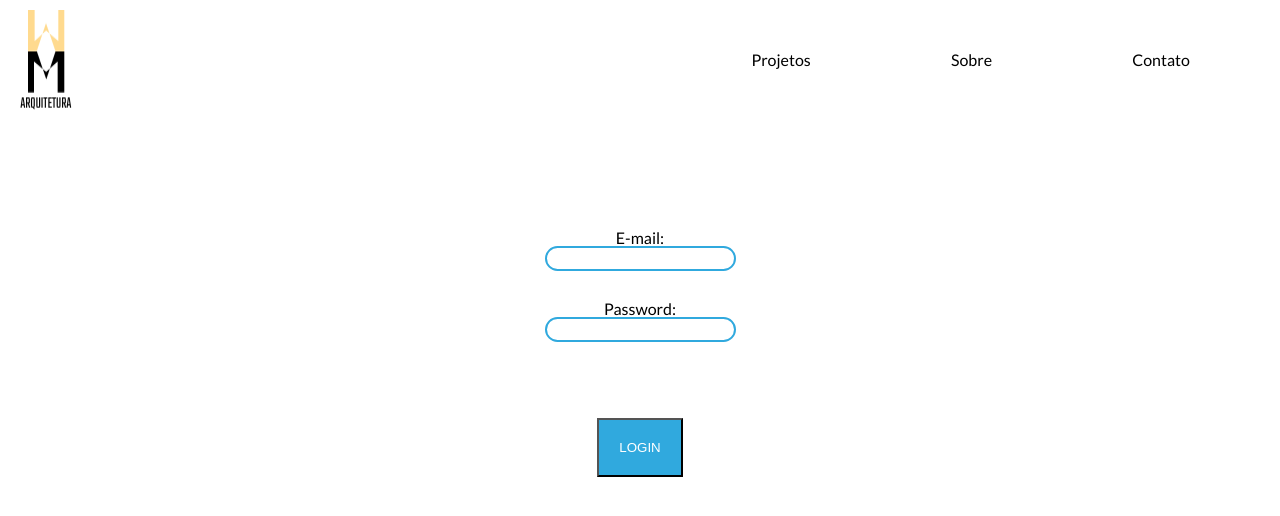
Repository: Luandro-com/wmedeiros
Page: /login
An editor plug-in stored every save of this project. The page is shown before and after the next save, followed by the edit.
The browser window is 1280 px wide. The pictures show the whole page.
The project was rebuilt for these pictures with package versions that can differ from the ones it lists, and the page was loaded fresh each time. Also part of the build but not shown: src/components/App.css, src/components/Projects.css, src/components/Projects.js, src/components/About.js, src/components/Contact.js.

Above is the page before, as saved 2018-02-07 16:35:14.

### public/index.html
<!DOCTYPE html>
<html lang="pt-br">
  <head>
    <meta charset="utf-8">
    <meta name="viewport" content="width=device-width, initial-scale=1, shrink-to-fit=no">
    <meta name="theme-color" content="#000000">
    <!--
      manifest.json provides metadata used when your web app is added to the
      homescreen on Android. See https://developers.google.com/web/fundamentals/engage-and-retain/web-app-manifest/
    -->
    <link rel="manifest" href="%PUBLIC_URL%/manifest.json">
    <link rel="shortcut icon" href="%PUBLIC_URL%/favicon.ico">
    <!--
      Notice the use of %PUBLIC_URL% in the tags above.
      It will be replaced with the URL of the `public` folder during the build.
      Only files inside the `public` folder can be referenced from the HTML.

      Unlike "/favicon.ico" or "favicon.ico", "%PUBLIC_URL%/favicon.ico" will
      work correctly both with client-side routing and a non-root public URL.
      Learn how to configure a non-root public URL by running `npm run build`.
    -->
    <title>Wesley Medeiros Arquitetura</title>
  </head>
  <body>
    <noscript>
      Você precisa estar rodando Javascript para acessar :(
    </noscript>
    <div id="root"></div>
    <!--
      This HTML file is a template.
      If you open it directly in the browser, you will see an empty page.

      You can add webfonts, meta tags, or analytics to this file.
      The build step will place the bundled scripts into the <body> tag.

      To begin the development, run `npm start` or `yarn start`.
      To create a production bundle, use `npm run build` or `yarn build`.
    -->
  </body>
</html>

### src/index.js
import React from 'react';
import ReactDOM from 'react-dom';
import firebase from 'firebase';
import './reset.css';
import './index.css';
import "typeface-lato";
import App from './components/App';
import registerServiceWorker from './registerServiceWorker';
const config = {
  apiKey: "AIzaSyAb3xJVNG-hd2F59HAXRRF4DvenRQsNYII",
  authDomain: "wmarquitetura-b9781.firebaseapp.com",
  databaseURL: "https://wmarquitetura-b9781.firebaseio.com",
  projectId: "wmarquitetura-b9781",
  storageBucket: "",
  messagingSenderId: "888983865049"
};
firebase.initializeApp(config);

ReactDOM.render(<App />, document.getElementById('root'));
registerServiceWorker();

### src/index.css
body {
  font-family: 'Lato', sans-serif
}
a {
  color: #000;
  text-decoration: none;
}

### src/components/App.js
import React from 'react'
import {
  BrowserRouter as Router,
  Route,
  Switch
} from 'react-router-dom'
import './App.css';
import Header from './Header'
import Projects from './Projects'
import About from './About'
import Contact from './Contact'
import Login from './Login'

const App = ({ location }) => (
  <Router>
    <div className="App-container">
      <Header />
      <Route
        render={({ location }) => (
            <Switch location={location}>
              <Route exact path="/" component={Projects}/>
              <Route path="/sobre" component={About}/>
              <Route path="/contato" component={Contact}/>
              <Route path="/login" component={Login}/>
            </Switch>
        )}
      />
    </div>
  </Router>
)
export default App

### src/components/Header.js
import React, { Component} from 'react';
import { NavLink } from 'react-router-dom';
import { withRouter } from 'react-router';
import './Header.css';
import Logo from '../logo.png';
import Menu from '../menu.svg';
import Close from '../close.svg';

const Links = ({ className, close }) => (
  <div className={className}>
    <NavLink activeClassName="Header-nav-active" onClick={close} exact to="/">Projetos</NavLink>
    <NavLink activeClassName="Header-nav-active" onClick={close} to="/sobre">Sobre</NavLink>
    <NavLink activeClassName="Header-nav-active" onClick={close} to="/contato">Contato</NavLink>
  </div>
)

 class Header extends Component {
  constructor (props) {
    super(props)
    this.state = {
      modalOpen: false
    }
  }

  componentWillReceiveProps(nextProps) {
    if (nextProps.history.action === "PUSH") {
      this.handleClose();
    }
  }

  handleOpen = () => {
    this.setState({
      modalOpen: true
    })
  }

  handleClose = () => {
    this.setState({
      modalOpen: false
    })
  }

  render () {
    return (
      <div className="Header-container">
        <div className="Header-modal" style={ this.state.modalOpen ? { display: 'flex' } : { display: 'none' }}>
          <div onClick={this.handleClose} className="Header-modal-button">
            <img src={Close} alt="close" />
          </div>
          <br />
          <Links className="Header-modal-body" />
        </div>
        <header className="Header" style={ !this.state.modalOpen ? { display: 'flex' } : { display: 'none' }}>
          <div className="Header-logo">
            <img src={ Logo } alt="Wesley Medeiros Arquitetura" />
          </div>
          <div onClick={this.handleOpen} className="Header-button">
            <img src={Menu} alt="menu" />
          </div>
          <Links className="Header-nav" close={this.handleClose} />
        </header>
      </div>
    );
  }
}

export default withRouter(Header);

### src/components/Login.js
import React, { Component } from 'react';
// import firebase from 'firebase';
import './Login.css';

export default class extends Component {
  constructor(props) {
    super(props)
    this.state = {
      email: 'your@email.com',
      password: ''
    }
  }

  handleSubmit = (info) => {
    console.log('Form', info)
    // const cred = firebase.auth.EmailAuthProvider.credential(
    //   email,
    //   password
    // );
  }

  render() {
    const { email, password } = this.props
    return (
      <div className="Login">
        <form onSubmit={this.handleSubmit}>
          <div>
            <h3>E-mail:</h3>
            <input type="email" onChange={(input) => this.setState({ email: input })} value={email} />
          </div>
          <div>
            <h3>Password:</h3>
            <input type="password" onChange={(input) => this.setState({ password: input })} value={password} />
          </div>
          <br />
          <button type="submit" value="Submit">
            Login
          </button>
        </form>
      </div>
    );
  }
}

### src/components/Header.css
.Header-container {
}

.Header {
  display: flex;
  justify-content: space-around;
  align-items: center;
  padding: 10px 20px;
}

.Header-logo {
  height: 100px;
  width: 80%;
}

.Header-logo img {
  height: 100px;
  width: 52px;
}

.Header-button {
  position: fixed;
  top: 20px;
  right: 20px;
  background: #fff;
  padding: 5px;
  border-radius: 15%;
}

.Header-button img, .Header-modal-button img {
  width: 25px;
  height: 25px;
}

.Header-nav {
  display: none;
}

.Header-nav-active {
  color: #F6B352;
}

.Header-modal {
  width: 100%;
  height: 100vh;
  background: rgba(0,0,0,0.85);
  overflow-y: hidden;
  overflow-x: auto;
  position: fixed;
  top: 0;
  left: 0;
}

.Header-modal-button {
  position: fixed;
  top: 20px;
  right: 20px;
}

.Header-modal-body {
  display: flex;
  flex-direction: column;
  padding: 100px 0 0;
  text-align: center;
  margin: 0 auto;
}

.Header-modal-body a {
  color: #fff;
  text-align: center;
  font-size: 2.5em;
  padding: 10% 0;
  text-transform: uppercase;
}

.Header-modal-open {
  display: flex;
}

.Header-modal-closed {
  display: none;
}

@media screen and (min-width: 720px) {
  .Header-button {
    display: none;
  }
  .Header-nav {
    width: 70%;
    display: flex;
    justify-content: space-around;
    align-items: center;
  }
}

### src/components/Login.css
.Login {
  width: 80%;
  margin: 0 auto;
  text-align: center;
  padding-top: 80px;
}

.Login form > * {
  margin: 30px 0;
}

.Login input {
  border: 2px solid #30A9DE;
  padding: 3px 5px;
  border-radius: 15px;
}

.Login button {
  padding: 20px;
  background: #30A9DE;
  color: #fff;
  text-align: center;
  text-transform: uppercase;
}

Loaded but not shown: src/reset.css (common file); src/registerServiceWorker.js (common file)

After the next save:
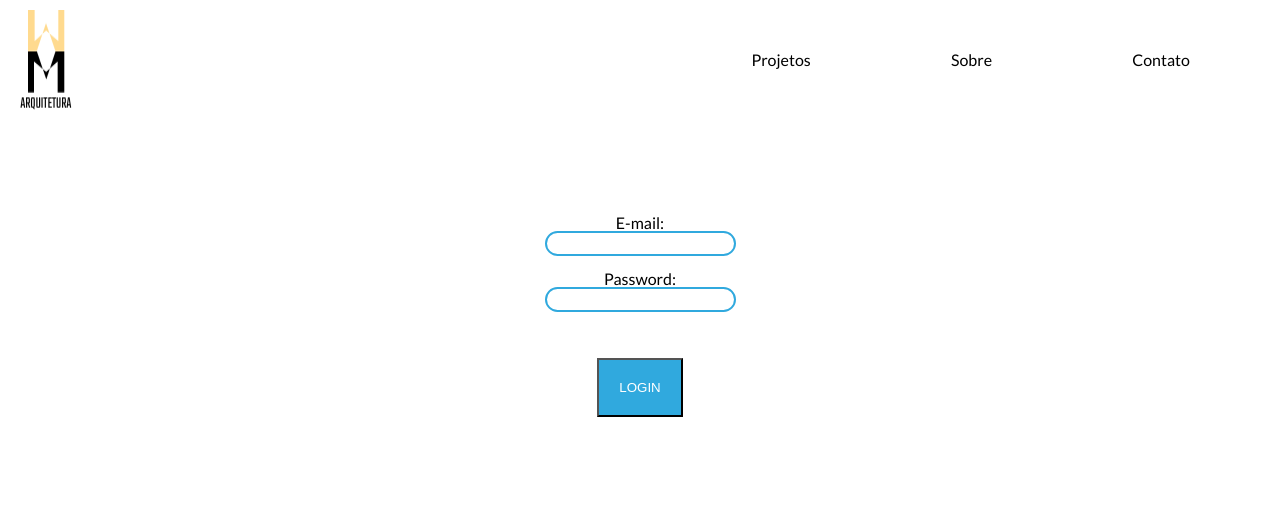
Saved 15 s later.
--- a/src/components/Login.css
+++ b/src/components/Login.css
@@ -6,7 +6,7 @@
 }
 
 .Login form > * {
-  margin: 30px 0;
+  margin: 15px 0;
 }
 
 .Login input {
